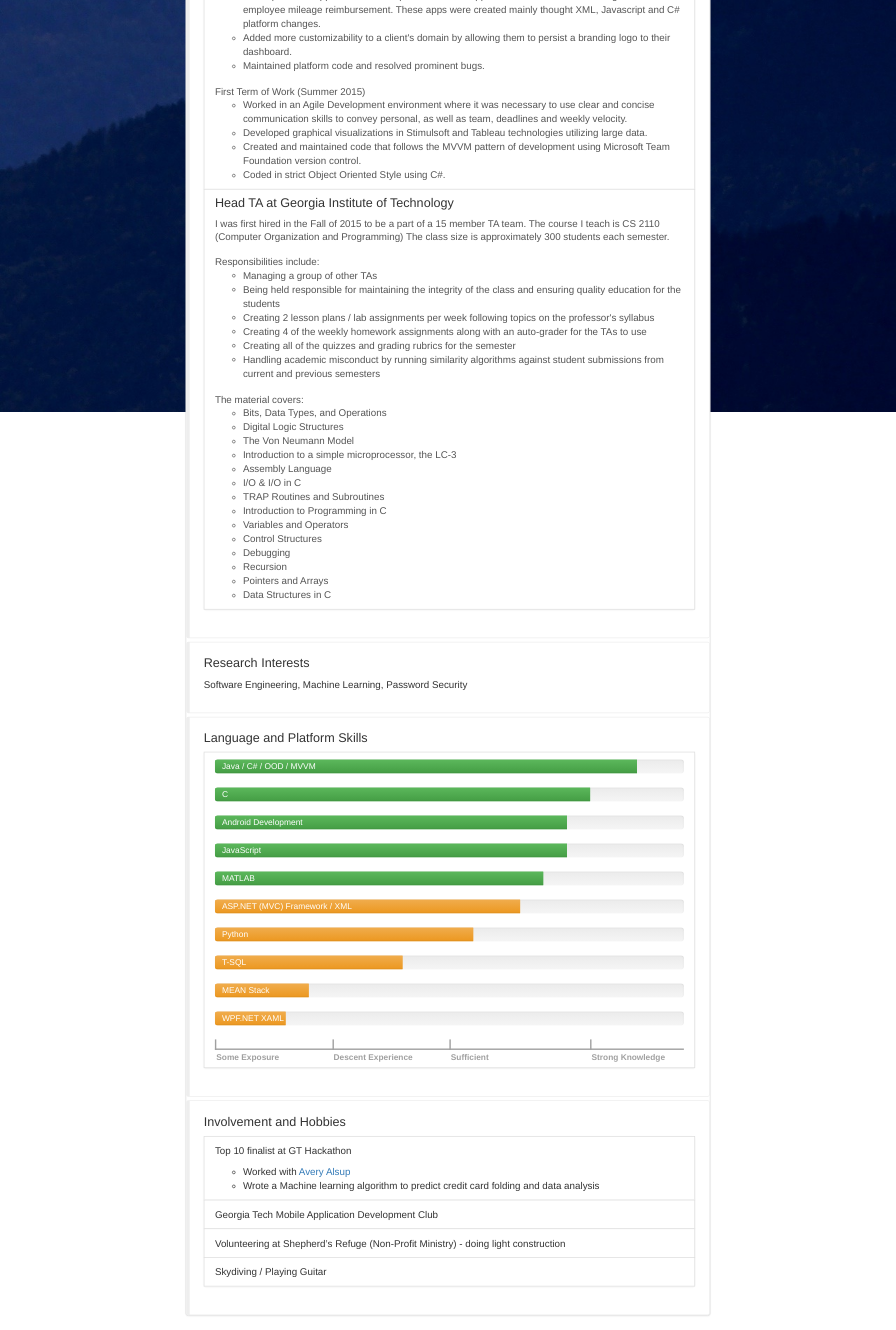
Repository: austinHerring/PersonalWebsite
Page: PersonalWebsite/WebContent/about.html
An editor plug-in stored every save of this project. The page is shown before and after the next save, followed by the edit.
The browser window is 1280 px wide. The pictures show the part of the page from y = 1067 to 2987 px (the page is 2967 px tall before and 2987 px after), at 70% of full size.
Some web libraries are served in a nearby version.

Above is the page before, as saved 2016-06-13 03:20:21.

### PersonalWebsite/WebContent/about.html
<html>
<head>
	<meta charset="utf-8"/>
	<title>About - Austin</title>
	<link rel="stylesheet" href="css/bootstrap.min.css">
	<link rel="stylesheet" href="css/bootstrap-theme.min.css">
	<link rel="stylesheet" href="css/about.css">
	<link rel="stylesheet" href="css/general.css">
</head>
<body>
	<div class="container" id="page-wrap">
		<div class="resume">
	    <header class="page-header">
		    <table class="table-header">
		    	<tr>
		    		<td>
			    		<a class="button button1" href="index.html" role="button">Home</a>
		    		</td>
		    		<td style="text-align: center;">
			    		<h1 class="page-title">About Austin Herring</h1>
			    		<small> <i class="fa fa-clock-o"></i> Last Updated on: <time>Sunday, June 12, 2016</time></small>
		    		</td>
		    		<td>
						<a class="button button1" href="projects.html" role="button">Projects</a>
		    		</td>
		    	</tr>
		    </table>
		</header>
		<div class="row">
		  <div class="col-xs-12 col-sm-12 col-md-offset-1 col-md-10 col-lg-offset-2 col-lg-8">
		    <div class="panel panel-default">
		      <div class="panel-heading resume-heading">
		        <div class="row">
		          <div class="col-lg-12">
		            <div class="col-xs-12 col-sm-4">
		              <figure>
		                <img class="img-circle img-responsive" alt="Picture of Austin" src="images/austinEurope1.png">
		              </figure>
		                <div class="col-xs-12 social-btns">
		                    <div class="col-xs-3 col-md-1 col-lg-6 social-btn-holder">
		                      <a href="https://www.linkedin.com/in/austin-herring-810350a3?trk=nav_responsive_tab_profile" class="btn btn-social btn-block btn-linkedin">
		                        <i class="fa fa-linkedin"></i> </a>
		                    </div>
		                    <div class="col-xs-3 col-md-1 col-lg-6 social-btn-holder">
		                      <a href="https://github.com/austinHerring" class="btn btn-social btn-block btn-github">
		                        <i class="fa fa-github"></i> </a>
		                    </div>
		                </div>
		            </div>

		            <div class="col-xs-12 col-sm-8">
		              <ul class="list-group">
		                <li class="list-group-item">Austin Herring</li>
		                <li class="list-group-item">Under Graduate Student of Computer Science</li>
		                <li class="list-group-item">Georgia Institute of Technology</li>
		                <li class="list-group-item"><i class="fa fa-phone"></i> 404-368-9110 </li>
		                <li class="list-group-item"><i class="fa fa-envelope"></i> austinherring95@gmail.com</li>
		                <li class="list-group-item">337353 Georgia Tech Station Atlanta, GA 30332</li>
		                <li class="list-group-item">U.S. Citizen</li>
		              </ul>
		            </div>
		          </div>
		        </div>
		      </div>
		      <div class="bs-callout">
		        <h4>Summary</h4>
		        <p>
		        	Some stuff about me
		        </p>
		        <p>
		         	More stuff about me
		        </p>
		      </div>
		      <div class="bs-callout">
		        <h4>Education</h4>
		        <table class="table table-striped table-responsive ">
		          <thead>
		            <tr><th>Degree</th>
		            <th>Graduation</th>
		            <th>GPA</th>
		          </tr></thead>
		          <tbody>
		            <tr>
		              <td>Candidate for B.S. in Computer Science (Intelligence / Systems and Architecture)</td>
		              <td>December 2017</td>
		              <td>3.82</td>
		            </tr>
		          </tbody>
		        </table>
		      </div>

		      <div class="bs-callout">
		        <h4>Prior Experiences</h4>
		        <ul class="list-group">
		          <a class="list-group-item active-link" href="https://www.kahua.com/">
		            <h4 class="list-group-item-heading">
		              Software Engineer at Kahua Inc.
		            </h4>
		            <p class="list-group-item-text">
			             Second Term of Work (Spring 2016)
		             </p>
		             <ul>
		                <li>
		                     Implemented the first phase of an automated platform license renewal system where as before, the secretary did this through Microsoft excel and email. This involved modifying the SQL Server Database Structure and platform architecture. The Backend UI was also improved with Javascript to make it dramatically more efficient to perform various tasks.
		                </li>
		                <li>
				             Used the ASP.NET MVC framework to modernize the platform launch page.
		                </li>
		                <li>
				             Worked with some of Kahua's various clients, including CB Richard Ellis and Clark Construction, to develop custom applications for the platform. These apps revolved around cost management and employee mileage reimbursement. These apps were created mainly thought XML, Javascript and C# platform changes.
		                </li>
		                <li>
				             Added more customizability to a client's domain by allowing them to persist a branding logo to their dashboard.
		                </li>
		                <li>
				             Maintained platform code and resolved prominent bugs.
		                </li>
	                </ul>
	                <p class="list-group-item-text">
			             <br/>First Term of Work (Summer 2015)
		             </p>
		             <ul>
		                <li>
		                     Worked in an Agile Development environment where it was necessary to use clear and concise communication skills to convey personal, as well as team, deadlines and weekly velocity.
		                </li>
		                <li>
				             Developed graphical visualizations in Stimulsoft and Tableau technologies utilizing large data.
		                </li>
		                <li>
				             Created and maintained code that follows the MVVM pattern of development using Microsoft Team Foundation version control.
		                </li>
		                <li>
				             Coded in strict Object Oriented Style using C#.
		                </li>
	                </ul>
		          </a>
		          <a class="list-group-item inactive-link" href="#">
		            <h4 class="list-group-item-heading">Head TA at Georgia Institute of Technology</h4>
		            <p class="list-group-item-text">
			             	I was first hired in the Fall of 2015 to be a part of a 15 member TA team. The course I teach is CS 2110 (Computer Organization and Programming)
			             The class size is approximately 300 students each semester.
		             </p>
		             <p class="list-group-item-text"><br/>Responsibilities include:</p>
		             <ul>
		                <li>
		                     Managing a group of other TAs
		                </li>
		                <li>
				             Being held responsible for maintaining the integrity of the class and ensuring quality education for the students
		                </li>
		                <li>
				             Creating 2 lesson plans / lab assignments per week following topics on the professor's syllabus
		                </li>
		                <li>
				             Creating 4 of the weekly homework assignments along with an auto-grader for the TAs to use
		                </li>
		                <li>
				             Creating all of the quizzes and grading rubrics for the semester
		                </li>
		                <li>
				             Handling academic misconduct by running similarity algorithms against student submissions from current and previous semesters
		                </li>
	                </ul>
	                <p class="list-group-item-text"><br/>The material covers:</p>
	                <ul>
	                	<li>
	                		Bits, Data Types, and Operations
	                	</li>
	                	<li>
	                		Digital Logic Structures
	                	</li>
	                	<li>
	                		The Von Neumann Model
	                	</li>
	                	<li>
	                		Introduction to a simple microprocessor, the LC-3
	                	</li>
	                	<li>
	                		Assembly Language
	                	</li>
	                	<li>
	                		I/O & I/O in C
	                	</li>
	                	<li>
	                		TRAP Routines and Subroutines
	                	</li>
	                	<li>
	                		Introduction to Programming in C
	                	</li>
	                	<li>
	                		Variables and Operators
	                	</li>
	                	<li>
	                		Control Structures
	                	</li>
	                	<li>
	                		Debugging
	                	</li>
	                	<li>
	                		Recursion
	                	</li>
	                	<li>
	                		Pointers and Arrays
	                	</li>
	                	<li>
	                		Data Structures in C
	                	</li>
	                </ul>
		          </a>
		        </ul>
		      </div>

		      <div class="bs-callout">
		        <h4>Research Interests</h4>
		        <p>
		          Software Engineering, Machine Learning, Password Security
		        </p>
		      </div>

		      <div class="bs-callout">
		        <h4>Language and Platform Skills</h4>
		        <ul class="list-group">
		          <a class="list-group-item inactive-link" href="#">
		            <div class="progress">
		              <div data-placement="top" style="width: 90%;"
		              aria-valuemax="100" aria-valuemin="0" aria-valuenow="80" role="progressbar" class="progress-bar progress-bar-success">
		                <span class="sr-only">80%</span>
		                <span class="progress-type">Java / C# / OOD / MVVM</span>
		              </div>
		            </div>
		            <div class="progress">
		              <div data-placement="top" style="width: 80%;" aria-valuemax="100" aria-valuemin="0" aria-valuenow="60" role="progressbar" class="progress-bar progress-bar-success">
		                <span class="sr-only">60%</span>
		                <span class="progress-type">C</span>
		              </div>
		            </div>
		            <div class="progress">
		              <div data-placement="top" style="width: 75%;" aria-valuemax="100" aria-valuemin="0" aria-valuenow="60" role="progressbar" class="progress-bar progress-bar-success">
		                <span class="sr-only">60%</span>
		                <span class="progress-type">Android Development</span>
		              </div>
		            </div>
		            <div class="progress">
		              <div data-placement="top" style="width: 75%;" aria-valuemax="100" aria-valuemin="0" aria-valuenow="1" role="progressbar" class="progress-bar progress-bar-success">
		                <span class="sr-only">70%</span>
		                <span class="progress-type">JavaScript</span>
		              </div>
		            </div>
		            <div class="progress">
		              <div data-placement="top" style="width: 70%;" aria-valuemax="100" aria-valuemin="0" aria-valuenow="60" role="progressbar" class="progress-bar progress-bar-success">
		                <span class="sr-only">60%</span>
		                <span class="progress-type">MATLAB</span>
		              </div>
		            </div>
		            <div class="progress">
		              <div data-placement="top" style="width: 65%;" aria-valuemax="100" aria-valuemin="0" aria-valuenow="50" role="progressbar" class="progress-bar progress-bar-warning">
		                <span class="sr-only">50%</span>
		                <span class="progress-type">ASP.NET (MVC) Framework / XML</span>
		              </div>
		            </div>
		            <div class="progress">
		              <div data-placement="top" style="width: 55%;" aria-valuemax="100" aria-valuemin="0" aria-valuenow="1" role="progressbar" class="progress-bar progress-bar-warning">
		                <span class="sr-only">65%</span>
		                <span class="progress-type">Python</span>
		              </div>
		            </div>
		            <div class="progress">
		              <div data-placement="top" style="width: 40%;" aria-valuemax="100" aria-valuemin="0" aria-valuenow="1" role="progressbar" class="progress-bar progress-bar-warning">
		                <span class="sr-only">70%</span>
		                <span class="progress-type">T-SQL</span>
		              </div>
		            </div>
		            <div class="progress">
		              <div data-placement="top" style="width: 20%;" aria-valuemax="100" aria-valuemin="0" aria-valuenow="1" role="progressbar" class="progress-bar progress-bar-warning">
		                <span class="sr-only">70%</span>
		                <span class="progress-type">MEAN Stack </span>
		              </div>
		            </div>
		            <div class="progress">
		              <div data-placement="top" style="width: 15%;" aria-valuemax="100" aria-valuemin="0" aria-valuenow="50" role="progressbar" class="progress-bar progress-bar-warning">
		                <span class="sr-only">10%</span>
		                <span class="progress-type">WPF.NET XAML</span>
		              </div>
		            </div>

		            <div class="progress-meter">
		              <div style="width: 25%;" class="meter meter-left"><span class="meter-text">Some Exposure</span></div>
		              <div style="width: 25%;" class="meter meter-left"><span class="meter-text">Descent Experience</span></div>
		              <div style="width: 30%;" class="meter meter-left"><span class="meter-text">Sufficient</span></div>
		              <div style="width: 20%;" class="meter meter-left"><span class="meter-text">Strong Knowledge</span></div>
		            </div>
		          </a>
		        </ul>
		      </div>

		      <div class="bs-callout">
		        <h4>Involvement and Hobbies</h4>
		        <ul class="list-group">
		          <li class="list-group-item">
		          	<p>Top 10 finalist at GT Hackathon</p>
		          	<ul>
		          		<li>Worked with <a href="https://www.linkedin.com/in/terrence-alsup-8bb8508a?authType=name&authToken=7kiY&trk=contacts-contacts-list-contact_name-0">Avery Alsup</a></li>
		          		<li>Wrote a Machine learning algorithm to predict credit card folding and data analysis</li>
		          	</ul>
		          </li>
		          <li class="list-group-item"> Georgia Tech Mobile Application Development Club</li>
		          <li class="list-group-item"> Volunteering at Shepherd’s Refuge (Non-Profit Ministry) - doing light construction</li>
		          <li class="list-group-item"> Skydiving / Playing Guitar</li>
		        </ul>
		      </div>

		    </div>
		  </div>
		</div>
		</div>
	</div>

	<div id="bg">
		<img src="images/background.jpg" alt="">
	</div>

	<script src="js/jquery.min.js"></script>
	<script src="js/bootstrap.min.js"></script>
</body>
</html>

### PersonalWebsite/WebContent/css/about.css
/* uses font awesome for social icons */
@import url(http://maxcdn.bootstrapcdn.com/font-awesome/4.2.0/css/font-awesome.min.css);

/*social buttons*/
.btn-social{
  color: white;
  opacity:0.9;
}
.btn-social:hover {
  color: white;
    opacity:1;
}
.btn-facebook {
background-color: #3b5998;
opacity:0.9;
}
.btn-twitter {
background-color: #00aced;
opacity:0.9;
}
.btn-linkedin {
background-color:#0e76a8;
opacity:0.9;
}
.btn-github{
  background-color:#000000;
  opacity:0.9;
}
.btn-google {
  background-color: #c32f10;
  opacity: 0.9;
}
.btn-stackoverflow{
  background-color: #D38B28;
  opacity: 0.9;
}

/* resume stuff */

.bs-callout {
    -moz-border-bottom-colors: none;
    -moz-border-left-colors: none;
    -moz-border-right-colors: none;
    -moz-border-top-colors: none;
    border-color: #eee;
    border-image: none;
    border-radius: 3px;
    border-style: solid;
    border-width: 1px 1px 1px 5px;
    margin-bottom: 5px;
    padding: 20px;
}
.bs-callout:last-child {
    margin-bottom: 0px;
}
.bs-callout h4 {
    margin-bottom: 10px;
    margin-top: 0;
}

.bs-callout-danger {
    border-left-color: #d9534f;
}

.bs-callout-danger h4{
    color: #d9534f;
}

.resume .list-group-item:first-child, .resume .list-group-item:last-child{
  border-radius:0;
}

/*makes an anchor inactive(not clickable)*/
.inactive-link {
   pointer-events: none;
   cursor: default;
}

.resume-heading .social-btns{
  margin-top:15px;
}
.resume-heading .social-btns i.fa{
  margin-left:-5px;
}



@media (max-width: 992px) {
  .resume-heading .social-btn-holder{
    padding:5px;
  }
}

/* skill meter in resume. copy pasted from http://bootsnipp.com/snippets/featured/progress-bar-meter */

.progress-bar {
    text-align: left;
	white-space: nowrap;
	white-space: nowrap;
	overflow: hidden;
	text-overflow: ellipsis;
	cursor: pointer;
}

.progress-bar > .progress-type {
	padding-left: 10px;
}

.progress-meter {
	min-height: 15px;
	border-bottom: 2px solid rgb(160, 160, 160);
  margin-bottom: 15px;
}

.progress-meter > .meter {
	position: relative;
	float: left;
	min-height: 15px;
	border-width: 0px;
	border-style: solid;
	border-color: rgb(160, 160, 160);
}

.progress-meter > .meter-left {
	border-left-width: 2px;
}

.progress-meter > .meter-right {
	float: right;
	border-right-width: 2px;
}

.progress-meter > .meter-right:last-child {
	border-left-width: 2px;
}

.progress-meter > .meter > .meter-text {
	position: absolute;
	display: inline-block;
	bottom: -20px;
	width: 100%;
	font-weight: 700;
	font-size: 0.85em;
	color: rgb(160, 160, 160);
	text-align: left;
}

.progress-meter > .meter.meter-right > .meter-text {
	text-align: right;
}

### PersonalWebsite/WebContent/css/general.css
@CHARSET "UTF-8";
.button {
    background-color: #3fbfad;
    border: none;
    color: white;
    padding: 8px 8px;
    text-align: center;
    text-decoration: none;
    display: inline-block;
    font-size: 16px;
    margin: 4px 2px;
    -webkit-transition-duration: 0.4s; /* Safari */
    transition-duration: 0.4s;
    cursor: pointer;
    border-radius: 8px;
}

.button1 {
    background-color: #3fbfad;
    color: white;
    border: 3px solid #3fbfad;
}

.button1:hover {
    background:rgba(0,0,0,0);
    color: white;
    text-decoration: none;
    border: 3px solid white;
}

.page-header{
  text-align: center;
  color: white;
}

.table-header{
  text-align: center;
  color: white;
  width:100%;
}

#bg {
	position:fixed;
	top:-50%;
	left:-50%;
	width:100%;
	height:80%;
}

#bg img {
	position:absolute;
	top:0;
	left:0;
	right:0;
	bottom:0;
	margin:auto;
	min-width:50%;
	min-height:50%;
}

#page-wrap { position: relative; z-index: 2}

Loaded but not shown: PersonalWebsite/WebContent/css/bootstrap.min.css (library); PersonalWebsite/WebContent/css/bootstrap-theme.min.css (library); PersonalWebsite/WebContent/js/jquery.min.js (library); PersonalWebsite/WebContent/js/bootstrap.min.js (library)

After the next save:
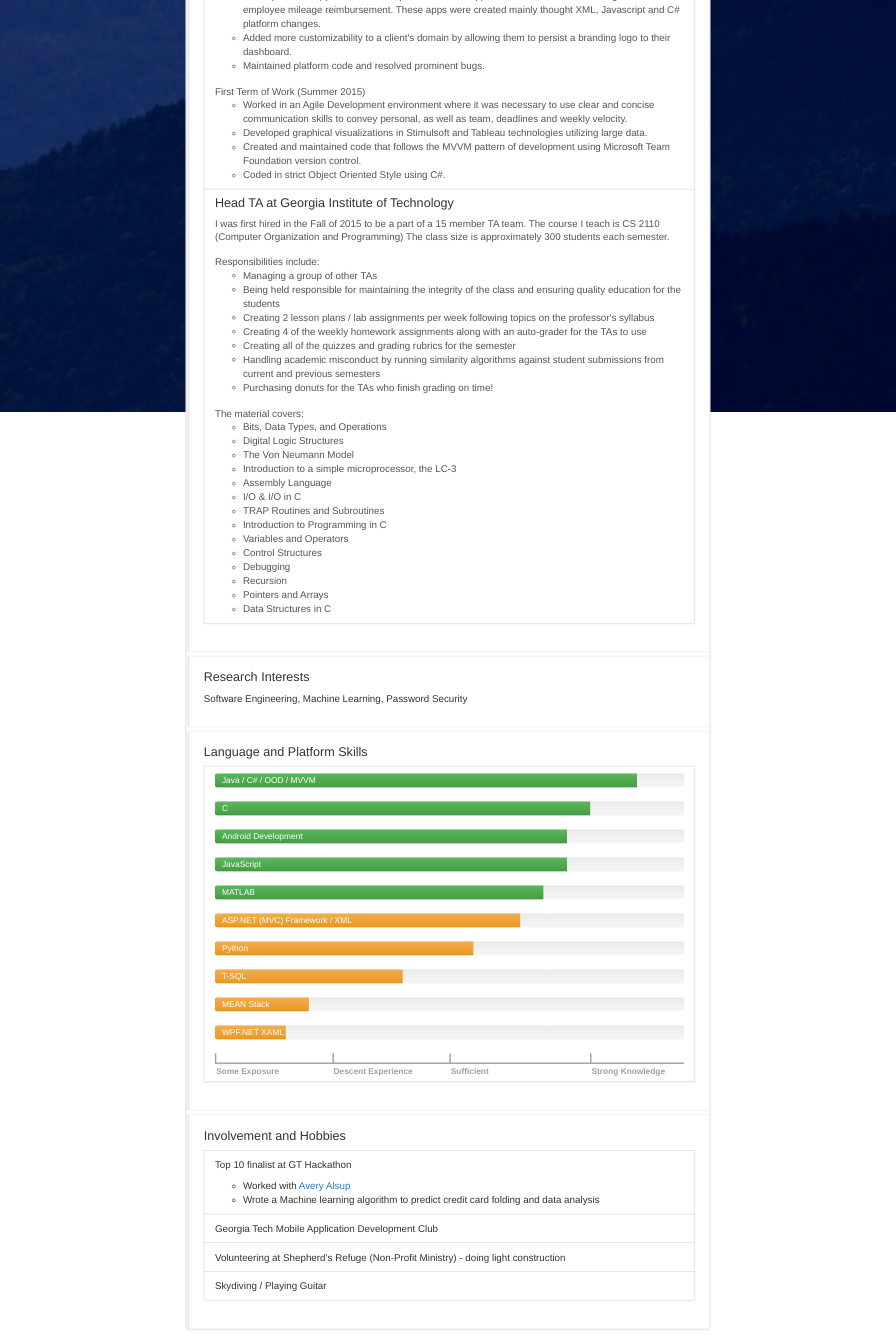
Saved 3 min 16 s later.
--- a/PersonalWebsite/WebContent/about.html
+++ b/PersonalWebsite/WebContent/about.html
@@ -160,6 +160,9 @@
 		                <li>
 				             Handling academic misconduct by running similarity algorithms against student submissions from current and previous semesters
 		                </li>
+		                <li>
+		                	 Purchasing donuts for the TAs who finish grading on time!
+		                </li>
 	                </ul>
 	                <p class="list-group-item-text"><br/>The material covers:</p>
 	                <ul>
